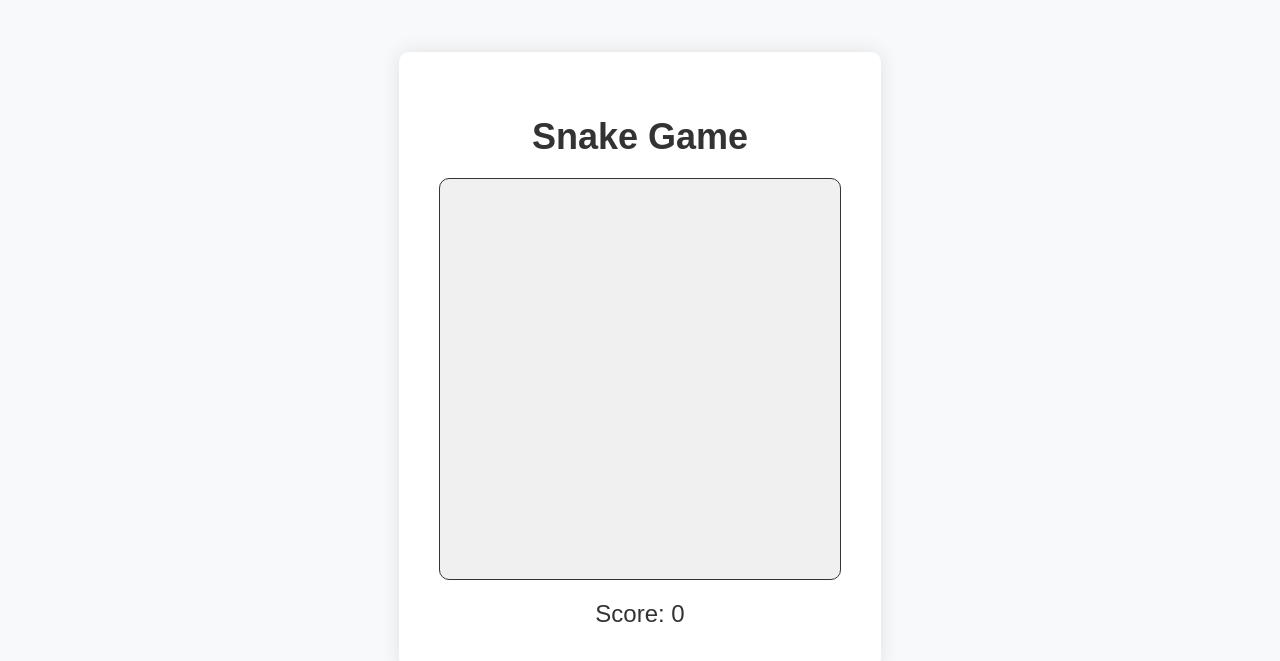
Repository: Taofeekolusola/Landing-page
Page: index.html
The author's editor kept a copy of each file at every save. The page is drawn from the files as they stood at one save, then again after a run of saves.
The browser window is 1280 px wide. The pictures show the whole page.

Above is the page before, as saved 2024-05-06 17:49:07.
Not found: script.js

### index.html
<!DOCTYPE html>
<html lang="en">
<head>
    <meta charset="UTF-8">
    <meta name="viewport" content="width=device-width, initial-scale=1.0">
    <title>Snake Game</title>
    <link rel="stylesheet" href="styles.css">
</head>
<body>
    <div class="container">
        <h1>Snake Game</h1>
        <canvas id="gameCanvas" width="400" height="400"></canvas>
        <div id="score">Score: 0</div>
    </div>
    <script src="script.js"></script>
</body>
</html>

### styles.css
body {
    font-family: Arial, sans-serif;
    margin: 0;
    padding: 0;
    display: flex;
    justify-content: center;
    align-items: center;
    height: 100vh;
    background-color: #f8f9fa;
}

.container {
    text-align: center;
    background-color: #fff;
    border-radius: 10px;
    box-shadow: 0 0 20px rgba(0, 0, 0, 0.1);
    padding: 40px;
}

h1 {
    color: #333;
    font-size: 36px;
    margin-bottom: 20px;
}

canvas {
    border: 1px solid #333;
    background-color: #f0f0f0;
    margin: 0 auto;
    display: block;
    border-radius: 10px;
}

#score {
    margin-top: 20px;
    font-size: 24px;
    color: #333;
}

After the next 3 saves:
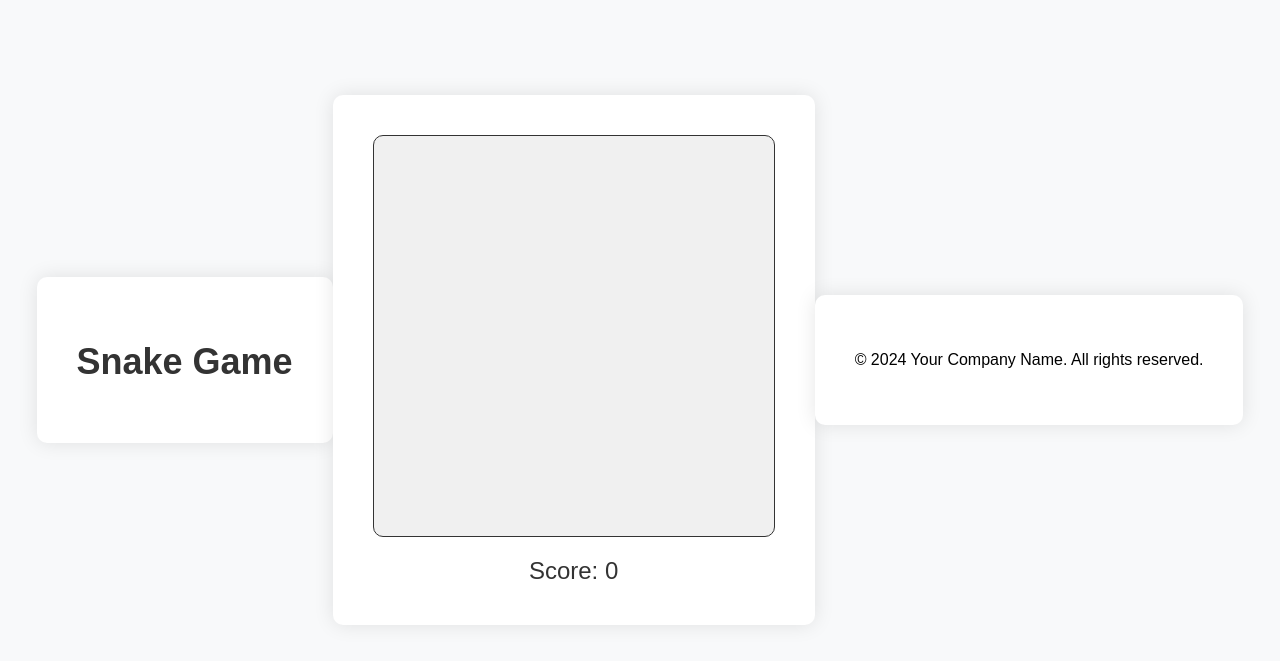
The 3 saves are shown as one change because they came seconds apart.
The last was saved 3 min 18 s later.
--- a/index.html
+++ b/index.html
@@ -7,11 +7,22 @@
     <link rel="stylesheet" href="styles.css">
 </head>
 <body>
-    <div class="container">
-        <h1>Snake Game</h1>
-        <canvas id="gameCanvas" width="400" height="400"></canvas>
-        <div id="score">Score: 0</div>
-    </div>
+    <header>
+        <div class="container">
+            <h1>Snake Game</h1>
+        </div>
+    </header>
+    <main>
+        <div class="container">
+            <canvas id="gameCanvas" width="400" height="400"></canvas>
+            <div id="score">Score: 0</div>
+        </div>
+    </main>
+    <footer>
+        <div class="container">
+            <p>&copy; 2024 Your Company Name. All rights reserved.</p>
+        </div>
+    </footer>
     <script src="script.js"></script>
 </body>
 </html>
